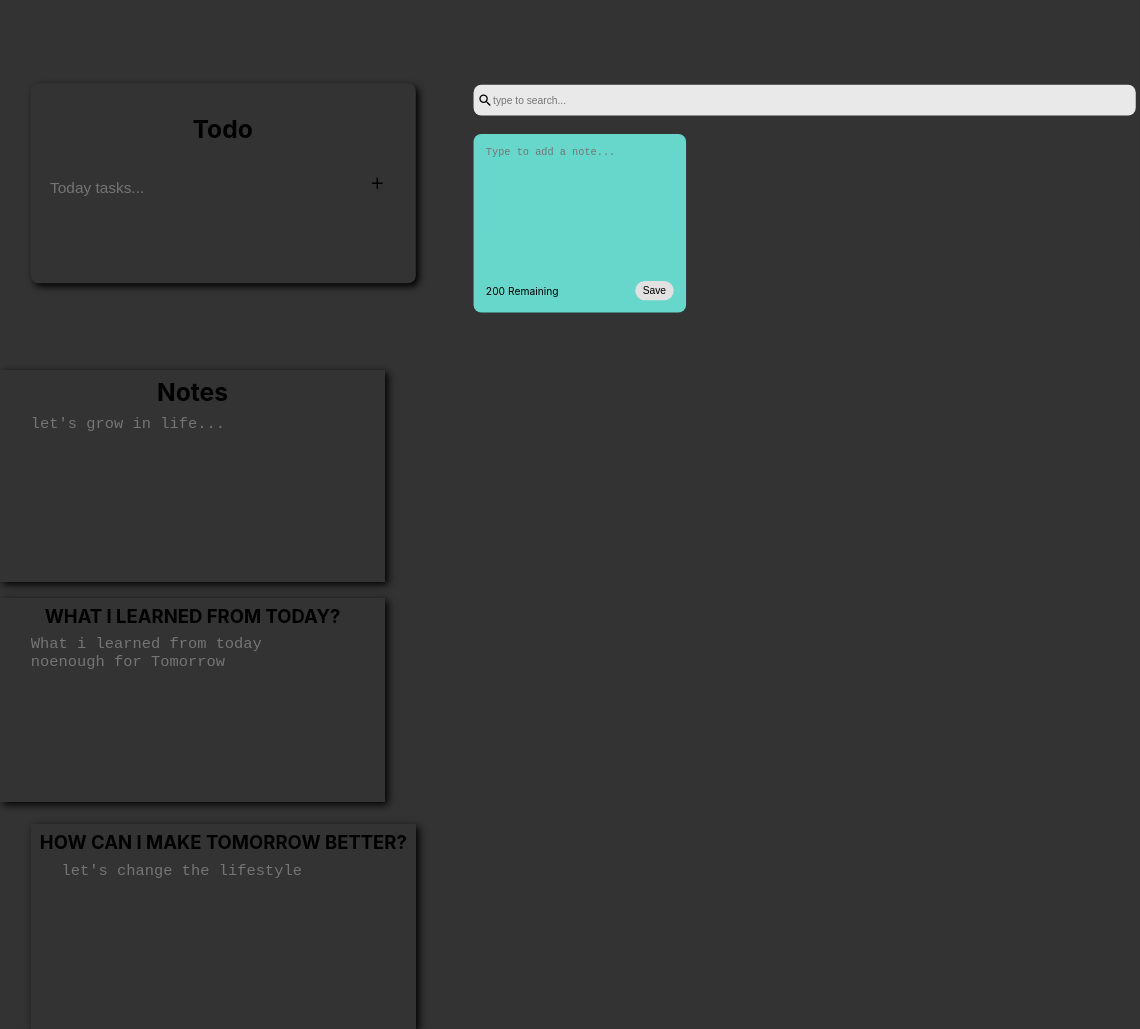
Repository: subhamRsahoo/note
Page: /
An editor plug-in stored every save of this project. The page is shown before and after the next save, followed by the edit.
The browser window is 768 px wide. The page is 1480 px wide, so the pictures cover 1480 px, including what lies to the right of the window. The pictures show the whole page, at 77% of full size.
The project was rebuilt for these pictures with package versions that can differ from the ones it lists, and the page was loaded fresh each time. Also part of the build but not shown: src/components/New folder/components/Note.js.

Above is the page before, as saved 2021-07-15 18:35:32.

### public/index.html
<!DOCTYPE html>
<html lang="en">
  <head>
    <meta charset="utf-8" />
    <link rel="icon" href="%PUBLIC_URL%/favicon.ico" />
    <meta name="viewport" content="width=device-width, initial-scale=1" />
    <meta name="theme-color" content="#000000" />
    <meta
      name="description"
      content="Web site created using create-react-app"
    />
    <link rel="apple-touch-icon" href="%PUBLIC_URL%/logo192.png" />
    <link rel="manifest" href="%PUBLIC_URL%/manifest.json" />


    <!-- <link rel="stylesheet" href="https://cdnjs.cloudflare.com/ajax/libs/font-awesome/5.15.3/css/font-awesome.min.css"/> -->

    <!-- <link rel="stylesheet" href="https://bootswatch.com/4/materia/bootstrap.com"/> -->

    <title>React App</title>
  </head>
  <body>
    <noscript>You need to enable JavaScript to run this app.</noscript>
    <div id="root"></div>
  </body>
</html>

### src/App.js
import React from 'react'
import Hub from './components/Hub';
import Hub1 from './components/aaaa/Hub1';
import A from './components/New folder/A';

function App() {
    return (
        <div>
            <Hub/>
            <Hub1/>
            <A/>
        </div>
    )
}

export default App

### src/components/Hub.js
import React , {useState , useEffect}from "react";
import Header from "./Header";
import Form from "./Form";
import TodoList from "./TodoList";
import './App.css';


const Hub = () => {
  const initalState = JSON.parse(localStorage.getItem("todos")) || [];
  const [input ,setInput] = useState("");
  const [todos ,setTodos] = useState(initalState);
  const [editTodo , setEditTodo] = useState(null);

  useEffect(() => {
    localStorage.setItem("todos" , JSON.stringify(todos))
  }, [todos]);
  return (
    <div className="container">
      <div className="app-wrapper">
        <div>
          <Header/>
        </div>
        <div>
          <Form
          input={input}
          setInput={setInput}
          todos={todos}
          setTodos={setTodos}
          editTodo={editTodo}
          setEditTodo={setEditTodo}
          />
        </div>
        <div>
          <TodoList todos={todos} setTodos={setTodos} setEditTodo={setEditTodo}/>
        </div>
      </div>
    </div>

  );
}

export default Hub;

### src/components/aaaa/Hub1.js
import React, { Component } from 'react';
import FormDataComponent from './components/form-data.component';
class  Hub1 extends Component {
  render() {
    return (
      <div >
        <FormDataComponent />
      </div>
    );
  }
}

export default Hub1;

### src/components/New folder/A.js
import React from 'react';
import './index.css';
import App from './App';


function A() {
    return (
        <div>
            <App />
        </div>
    )
}

export default A

### src/components/Header.js
import React from 'react'

function Header() {
    return (
        <div className="header">
            <h1>Todo</h1>
        </div>
    )
}

export default Header

### src/components/Form.js
import React , {useEffect} from 'react'
import {v4 as uuidv4} from "uuid";
import AddIcon from '@material-ui/icons/Add';

 const Form =({input , setInput , todos , setTodos , editTodo , setEditTodo }) => {
     const updateTodo = (title , id, completed) =>
     {
         const newTodo = todos.map((todo)=>

             todo.id === id ? {title,id, completed} : todo
         )
         setTodos(newTodo);
         setEditTodo("");
     }
     useEffect(() =>
     {
         if(editTodo)
         {
             setInput(editTodo.title);
         }else{
             setInput("")
         }
     }, [setInput , editTodo]);

     const onInputChange= (event) =>
     {
       setInput(event.target.value);
     };

     const onFormSubmit = (event) =>
     {
        event.preventDefault();
        if(!editTodo){
            setTodos([...todos , {id:uuidv4(), title: input , completed: false}]);
            setInput("");
        }else{
            updateTodo(input , editTodo.id , editTodo.completed)
        }
     }
    return (
       <form onSubmit={onFormSubmit}>
           <input type="text" placeholder="Today tasks... " className="task-input"
           value={input} required onChange={onInputChange} limit={3}/>
           <button type="submit" className="Add">
            <AddIcon/>
           </button>
       </form>
    )
}

export default Form

### src/components/TodoList.js
import React from 'react'
import DoneIcon from '@material-ui/icons/Done';
import EditIcon from '@material-ui/icons/Edit';
import DeleteIcon from '@material-ui/icons/Delete';

const TodoList = ({todos , setTodos , setEditTodo}) => {

    const handleDelete = ({id}) =>
    {
        setTodos(todos.filter((todo) => todo.id !== id));
    }

    const handleComplete = (todo) =>
    {
        setTodos(
            todos.map((item) => {
                if(item.id === todo.id){
                    return {...item , completed: !item.completed};
                }
                return item
            })
        )
    }

    const handleEdit =({id}) =>{
        const findTodo = todos.find((todo) => todo.id === id);
        setEditTodo(findTodo);
    };
    return (
        <div>
           {todos.map((todo) => (
               <li className="list-item"  key={todo.id}>
                   <input type="text"
                     value={todo.title}
                     className={`list ${todo.completed ? "complete" : "" }`}
                     onChange={(event)=> event.preventDefault()}
                   />
                   <div>
                       <button className="button-complete task-button" onClick={() => handleComplete(todo)}>
                          <i><DoneIcon/></i>
                       </button>
                       <button className="button-edit task-button" onClick={()=> handleEdit(todo)}>
                          <i><EditIcon/></i>
                       </button>
                       <button className="button-delete task-button"  onClick={()=> handleDelete(todo)}>
                          <i><DeleteIcon/></i>
                       </button>
                   </div>
               </li>
           ))}
        </div>
    );
}

export default TodoList;

### src/components/App.css
::-webkit-scrollbar {
  width: 9px;
}
::-webkit-scrollbar-thumb {
  background-color: #a8a8a8;
}
::-webkit-scrollbar-thumb:hover {
  background: #828282;
}
::-webkit-scrollbar-track {
  background: #cccccc;
}

body {
  font-family: -apple-system, BlinkMacSystemFont, 'Segoe UI', 'Roboto', 'Oxygen',
    'Ubuntu', 'Cantarell', 'Fira Sans', 'Droid Sans', 'Helvetica Neue',
    sans-serif;
  -webkit-font-smoothing: antialiased;
  -moz-osx-font-smoothing: grayscale;
  background: #333;
}

code {
  font-family: source-code-pro, Menlo, Monaco, Consolas, 'Courier New',
    monospace;
}


*
{
  margin: 0;
  padding: 0;
}

.container
{
  margin-top: 10px;
  width: 100%;
  min-height: 55vh;
  display: grid;
  justify-content: left;
  /* margin-left: 40px; */
  right: 500px;
  align-items: center;
  position: relative;
  box-sizing: border-box;
  left: 40px;
}

.app-wrapper
{
  background-color: #333;
  width: 500px;
  min-height: 350px;
  padding: 10px;
  box-sizing: border-box;
  border-radius: 10px;
  box-shadow: 4px 4px 10px #000;
  /* margin-bottom: 150px; */

}

.header h1
{
  color: black;
  text-align: left;
  margin: 30px 0;
  margin-left: 200px;
}

.task-input
{
  outline: none;
  width: 350px;
  padding: 15px;
  margin-right: 25px;
  font-size: 20px;
  color: white;
  background-color: #333;
  border: none;
  border-radius: 10px;
}

.task-input:hover
{
  box-shadow: 6px 4px 10px #000;
}

.Add
{
  width: 70px;
  padding: 5px 5px;
  border: 0;
  cursor: pointer;
  border-style: transparent;
  background-color: #333;
}

.Add:hover
{
  border-radius: 10px;
  box-shadow: 6px 4px 10px #000;
}

.list-item
{
  display: flex;
  margin: 20px 0;
  border: none;
  border-radius: 10px;
  padding: 7px;
  max-height: 20px;
}

.list-item:hover
{
  box-shadow: 6px 4px 10px #000;
}

.button-complete,
.button-delete,
.button-edit
{
  border: none;
  outline: none;
  cursor: pointer;
  background-color: transparent;
  font-size: 20px;
  border-radius: 50%;
}

.button-complete
{
  color: #ff6c6c;
  margin-right: 10px;
  margin-left: 70px;
}

.button-edit
{
  color: #e2d029;
  margin-right: 10px;
}

.button-delete
{
  color: lightseagreen;
}

.complete
{
  text-decoration-style: solid;
  text-decoration-line: line-through;
  text-decoration-color: #ff6c6c;
  opacity: 0.6;
}

.list
{
  width: 250px;
  background-color: #333;
  border: none;
  color: wheat;
  font-size: 20px;
  padding-left: 10px;
  margin-right: 15px;
}

input:focus,
button:focus
{
  outline: none;
}

@media screen and (max-width:768px)
{
  .container
  {
    align-items: center;
    /* left : 140px; */
  }
  .app-wrapper
  {

    min-width: 400px;
    min-height: 260px;
    /* margin-top: 15px; */
  }
}

@media screen and (max-width:540px)
{
  .container
  {
    align-items: center;
    /* left: 40px; */
  }
}

@media screen and (max-width: 1020px)
{
  .app-wrapper
  {
    align-items: center;
    min-width: 200px;
    min-height: 260px;
    margin-top: 15px;
  }
}

### src/components/aaaa/components/form-data.component.js
import React, { Component } from 'react';
import './design.css';
export default class FormDataComponent extends Component {
    userData;

    constructor(props) {
        super(props);

        this.onChangeName = this.onChangeName.bind(this);
        this.onChangeName1 = this.onChangeName1.bind(this);
        this.onChangeName2 = this.onChangeName2.bind(this);
        this.onSubmit = this.onSubmit.bind(this);

        this.state = {
            name: '',
            name1: '',
            name2: ''
        }
    }

    // Form Values
    onChangeName(e) {
        this.setState({ name: e.target.value })
    }

    onChangeName1(e) {
        this.setState({ name1: e.target.value })
    }

    onChangeName2(e) {
        this.setState({ name2: e.target.value })
    }


    // React Life Cycle
    componentDidMount() {
        this.userData = JSON.parse(localStorage.getItem('user'));

        if (localStorage.getItem('user')) {
            this.setState({
                name: this.userData.name,
                name1: this.userData.name1,
                name2: this.userData.name2
            })
        } else {
            this.setState({
                name: '',
                name1: '',
                name2: ''
            })
        }
    }

    componentWillUpdate(nextProps, nextState) {
        localStorage.setItem('user', JSON.stringify(nextState));
    }

    onSubmit(e) {
        e.preventDefault()
        console.log(this.state.props)
    }


    render() {
        return (

                <form className="form" onSubmit={this.onSubmit}>
                    <div className="contain">
                        <h1>Notes</h1>
                        <textarea type="text" placeholder="let's grow in life..." className="text1" value={this.state.name} onChange={this.onChangeName} />
                        {/* <button type="submit" className="btn1">Save</button> */}
                    </div>


                    <div className="contain1">
                        <h2>WHAT I LEARNED FROM TODAY?</h2>
                        <textarea type="text" placeholder="What i learned from today noenough for Tomorrow" className="text2" value={this.state.name1} onChange={this.onChangeName1} />
                        {/* <button type="submit" className="btn2">Save</button> */}
                    </div>

                    <div className="contain2">
                        <h2>HOW CAN I MAKE TOMORROW BETTER?</h2>
                        <textarea type="text" placeholder="let's change the lifestyle" className="text3" value={this.state.name2} onChange={this.onChangeName2} />
                        {/* <button type="submit" className="btn3">Save</button> */}
                    </div>
                </form>

        )
    }
}

### src/components/New folder/index.css
body {
	margin: 0;
	font-family: -apple-system, BlinkMacSystemFont, 'Segoe UI',
		'Roboto', 'Oxygen', 'Ubuntu', 'Cantarell', 'Fira Sans',
		'Droid Sans', 'Helvetica Neue', sans-serif;
	-webkit-font-smoothing: antialiased;
	-moz-osx-font-smoothing: grayscale;
}

code {
	font-family: source-code-pro, Menlo, Monaco, Consolas,
		'Courier New', monospace;
}

.header {
	display: flex;
	align-items: center;
	justify-content: space-between;
}


.container1 {
	display: grid;
	width: 850px;
	position: absolute;
	left: 600px;
	bottom: 340px;
	padding-right: 15px;
	padding-left: 15px;
	height: 350px;
}

.notes-list {
	display: grid;
	grid-gap: 1rem;
	grid-template-columns: repeat(
		auto-fill,
		minmax(250px, 1fr)
	);
}

.note.new {
	background-color: #67d7cc;
	height: 200px;
	margin-bottom: 200px;
}

.note.new:hover
{
	box-shadow: 4px 4px 10px #000;
}

textarea {
	border: none;
	resize: none;
	background-color: #67d7cc;
}

textarea:focus {
	outline: none;
}

.save {
	background-color: #e1e1e1;
	border: none;
	border-radius: 15px;
	padding: 5px 10px 5px 10px;
}

.save:hover {
	background-color: #ededed;
	cursor: pointer;
}

.note {
	background-color: #fef68a;
	border-radius: 10px;
	padding: 1rem;
	height: 200px;
	display: flex;
	flex-direction: column;
	justify-content: space-between;
	white-space: pre-wrap;
}

.note:hover
{
	box-shadow: 4px 4px 10px aqua;
}

.note-footer {
	display: flex;
	align-items: center;
	justify-content: space-between;
}

.delete-icon {
	cursor: pointer;
}

.search {
	display: flex;
	align-items: center;
	background-color: rgb(233, 233, 233);
	width: 850px;
	height: 30px;
	border-radius: 10px;
	padding: 5px;
	margin-bottom: 1.5em;
}

.search:hover
{
	box-shadow: 4px 4px 10px #000;
}

.search input {
	border: none;
	background-color: rgb(233, 233, 233);
	width: 100%;
}

.search input:focus {
	outline: none;
}

### src/components/New folder/App.js
import { useState, useEffect } from 'react';
import { nanoid } from 'nanoid';
import NotesList from './components/NotesList';
import Search from './components/Search';

const App = () => {
	const [notes, setNotes] = useState([
		// {
		// 	id: nanoid(),
		// 	text: 'This is my first note!',
		// 	date: '15/04/2021',
		// },
		// {
		// 	id: nanoid(),
		// 	text: 'This is my second note!',
		// 	date: '21/04/2021',
		// },
		// {
		// 	id: nanoid(),
		// 	text: 'This is my third note!',
		// 	date: '28/04/2021',
		// },
		// {
		// 	id: nanoid(),
		// 	text: 'This is my new note!',
		// 	date: '30/04/2021',
		// },
	]);

	const [searchText, setSearchText] = useState('');

	useEffect(() => {
		const savedNotes = JSON.parse(
			localStorage.getItem('react-notes-app-data')
		);

		if (savedNotes) {
			setNotes(savedNotes);
		}
	}, []);

	useEffect(() => {
		localStorage.setItem(
			'react-notes-app-data',
			JSON.stringify(notes)
		);
	}, [notes]);

	const addNote = (text) => {
		const date = new Date();
		const newNote = {
			id: nanoid(),
			text: text,
			date: date.toLocaleDateString(),
		};
		const newNotes = [...notes, newNote];
		setNotes(newNotes);
	};

	const deleteNote = (id) => {
		const newNotes = notes.filter((note) => note.id !== id);
		setNotes(newNotes);
	};

	return (
		<div >
			<div className='container1'>
				<Search handleSearchNote={setSearchText} />
				<NotesList
					notes={notes.filter((note) =>
						note.text.toLowerCase().includes(searchText)
					)}
					handleAddNote={addNote}
					handleDeleteNote={deleteNote}
				/>
			</div>
		</div>
	);
};

export default App;

### src/components/aaaa/components/design.css
.form
{
    width: 100%;
    height: 250px;
    display: grid;
    margin: 0;
    padding: 0;
}


.contain
{
    display: grid;
    width: 500px;
    left: 40px;
    top: 30px;
    bottom: 10px;
    box-shadow: 4px 4px 10px #000;
    position: relative;
    box-sizing: border-box;

}

.text1
{
    margin-top: 10px;
   width: 400px;
   height: 197px;
   margin-left: 40px;
   background-color: #333;
   border-style: none;
   color: white;
   border-style: none;
   font-size: 20px;
   margin-bottom: 20px;
}

.text1:hover
{
    box-shadow: 4px 4px 10px #000;
}

.contain h1
{
    margin-top: 10px;
   text-align: center;
}

/* .btn1
{
    background-color: #333;
    margin-left: 70px;
    text-decoration-color: white;
    border-style: none;
    color: white;
    cursor: pointer;
    margin-bottom: 10px;
    padding: 8px 8px;
    border-radius: 10px;
}

.btn1:hover
{
    box-shadow: 4px 4px 10px #000;
    padding: 8px 8px;
} */


.contain1
{
    width: 500px;
    top: 50px;
    left: 40px;
    box-shadow: 4px 4px 10px #000;
    position: relative;
    box-sizing: content-box;
    display: grid;
}

.text2
{
    margin-top: 10px;
    width: 400px;
    height: 197px;
    margin-left: 40px;
    background-color: #333;
    border-style: none;
    color: white;
    border-style: none;
    font-size: 20px;
    margin-bottom: 20px;
}

.text2:hover
{
    box-shadow: 4px 4px 10px #000;
}


.contain1 h2
{
    margin-top: 10px;
   text-align: center;
}

/* .btn2
{
    background-color: #333;
    margin-left: 70px;
    text-decoration-color: white;
    border-style: none;
    color: white;
    cursor: pointer;
    margin-bottom: 10px;
    padding: 8px 8px;
    border-radius: 10px;
}

.btn2:hover
{
    box-shadow: 4px 4px 10px #000;
    padding: 8px 8px;
} */

.contain2
{
   width: 500px;
    margin-top: 620px;
    margin-left: 40px;
    /* bottom: 630px; */
    box-shadow: 4px 4px 10px #000;
    position: absolute;
    box-sizing:border-box;
    display: grid;
}

.text3
{
    margin-top: 10px;
    width: 400px;
    height: 197px;
    margin-left: 40px;
    background-color: #333;
    border-style: none;
    color: white;
    border-style: none;
    font-size: 20px;
    margin-bottom: 20px;
}

.text3:hover
{
    box-shadow: 4px 4px 10px #000;
}


.contain2 h2
{
    margin-top: 10px;
   text-align: center;
}

/* .btn3
{
    background-color: #333;
    margin-left: 70px;
    text-decoration-color: white;
    border-style: none;
    color: white;
    cursor: pointer;
    margin-bottom: 10px;
    padding: 8px 8px;
    border-radius: 10px;
}

.btn3:hover
{
    box-shadow: 4px 4px 10px #000;
    padding: 8px 8px;
} */

@media screen and (max-width:768px)
{
    .contain
    {
        left: 80px;
        align-items: center;
    }
    .contain1
    {
        left: 80px;
        align-items: center;
    }
    .contain2
    {
        left: 80px;
        align-items: center;
    }
}

@media screen and (max-width: 540px)
{
    .contain
    {
        left: 0;
        align-items: center;
    }
    .contain1
    {
        left: 0px;
        align-items: center;
    }
    .contain2
    {
        left: 0px;
        align-items: center;
    }
}

@media screen and (max-width: 1020px)
{
    .contain
    {
        left: 0;
        align-items: center;
    }
    .contain1
    {
        left: 0px;
        align-items: center;
    }
    .contain2
    {
        left: 0px;
        align-items: center;
    }
}

### src/components/New folder/components/AddNote.js
import { useState } from 'react';

const AddNote = ({ handleAddNote }) => {
	const [noteText, setNoteText] = useState('');
	const characterLimit = 200;

	const handleChange = (event) => {
		if (characterLimit - event.target.value.length >= 0) {
			setNoteText(event.target.value);
		}
	};

	const handleSaveClick = () => {
		if (noteText.trim().length > 0) {
			handleAddNote(noteText);
			setNoteText('');
		}
	};

	return (
		<div className='note new'>
			<textarea
				rows='8'
				cols='10'
				placeholder='Type to add a note...'
				value={noteText}
				onChange={handleChange}
			></textarea>
			<div className='note-footer'>
				<small>
					{characterLimit - noteText.length} Remaining
				</small>
				<button className='save' onClick={handleSaveClick}>
					Save
				</button>
			</div>
		</div>
	);
};

export default AddNote;

Loaded but not shown: src/index.js (common file); src/components/New folder/components/NotesList.js (common file); src/components/New folder/components/Search.js (common file)

After the next save:
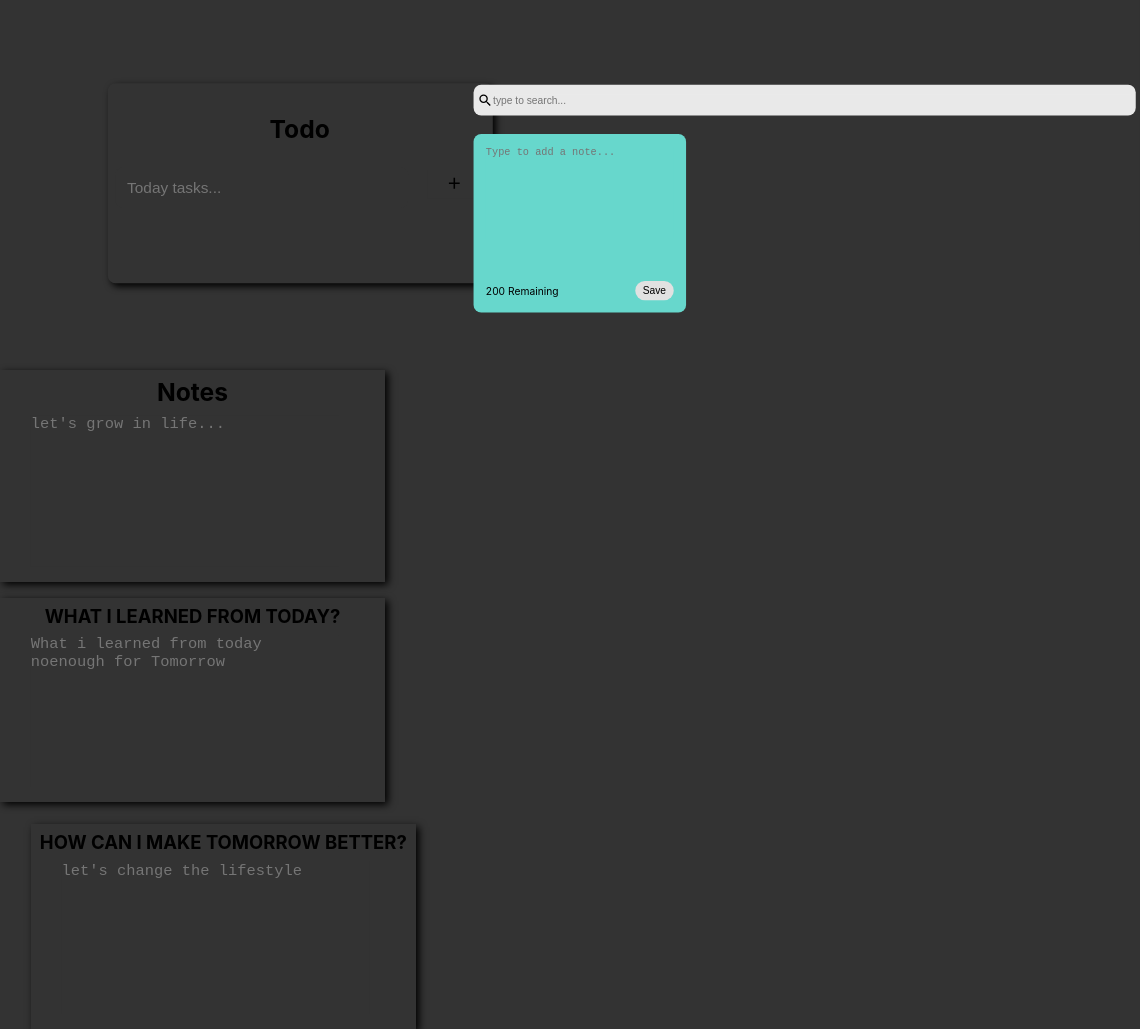
Saved 86 s later.
--- a/src/components/App.css
+++ b/src/components/App.css
@@ -176,8 +176,8 @@ button:focus
 {
   .container
   {
-    align-items: center;
-    /* left : 140px; */
+    /* align-items: center; */
+    left : 140px;
   }
   .app-wrapper
   {
